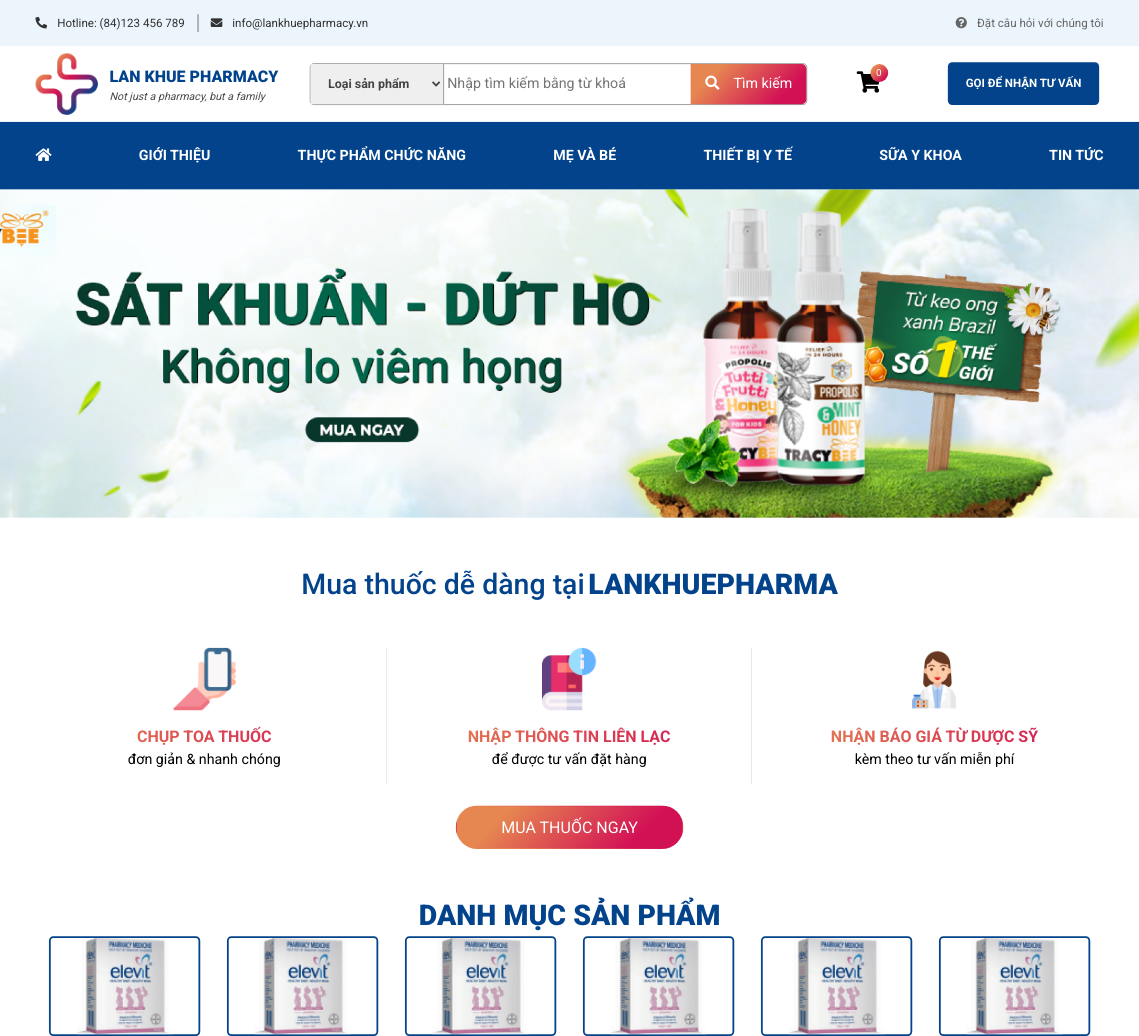
Repository: haianh12082001/Lan-khue
Page: index.html
The author's editor kept a copy of each file at every save. The page is drawn from the files as they stood at one save, then again after the next save.
The browser window is 1280 px wide. The pictures show the whole page, at 89% of full size.
Some web libraries are served in a nearby version. The style sheet was rebuilt from its Sass, Less or Tailwind sources for each picture, by a compiler version that may differ from the author's.

Above is the page before, as saved 2021-12-18 14:24:22.

After the next save:
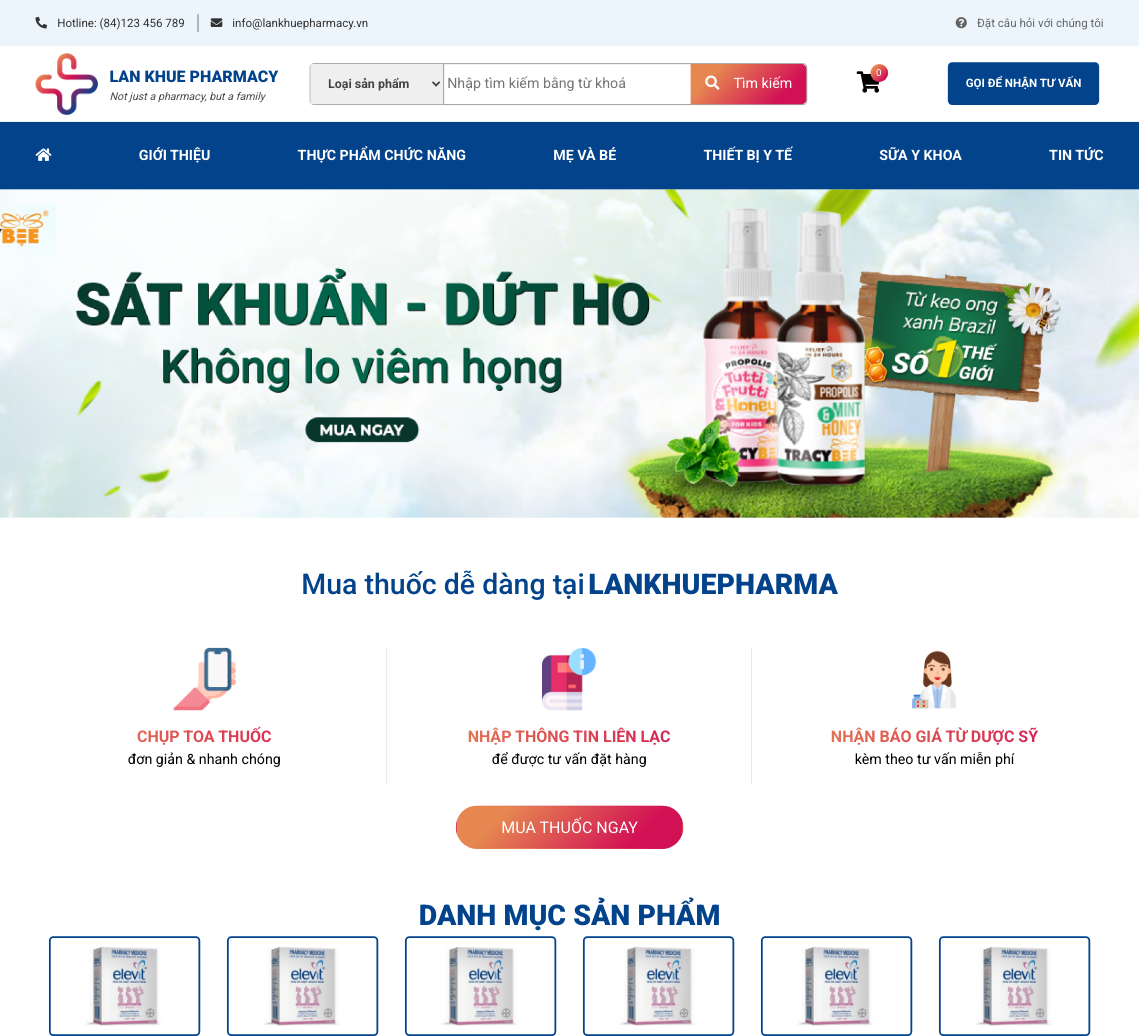
Saved 46 s later.
--- a/assets/sass/_body.scss
+++ b/assets/sass/_body.scss
@@ -45,5 +45,9 @@
         display: flex;
         justify-content: center;
         height: 112px;
+        img {
+            height: 100%;
+            padding: 10px 0;
+        }
     }
 }
